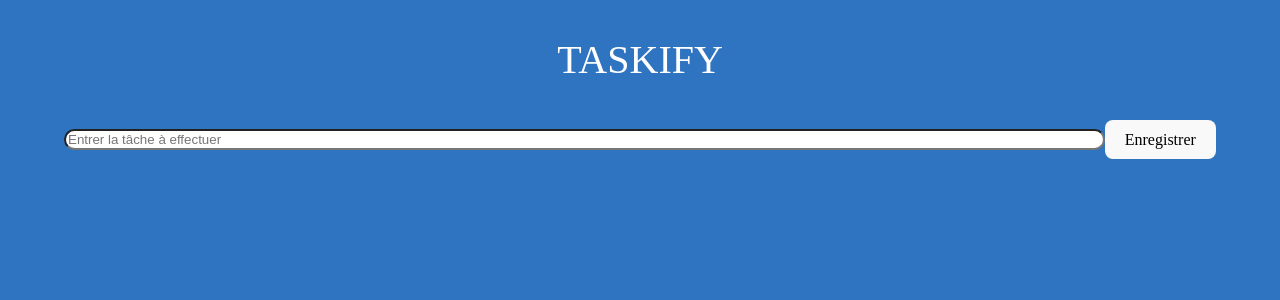
Repository: abdoulkarim20/react-ts-training
Page: /
These files come from the project's save history. The page is drawn as it stood at one moment and after the next save; the edit follows.
The browser window is 1280 px wide. The pictures show the whole page.
Some web fonts or font styles are not loaded; a fallback is used. The project was rebuilt for these pictures with package versions that can differ from the ones it lists, and the page was loaded fresh each time. Also part of the build but not shown: vite.config.ts.

Above is the page before, as saved 2024-01-23 00:05:03.

After the next save:
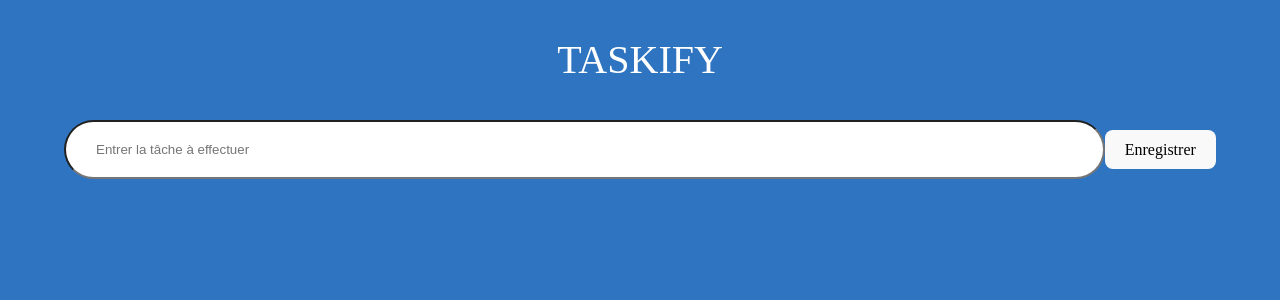
Saved 8 s later.
--- a/src/components/styles.css
+++ b/src/components/styles.css
@@ -7,5 +7,5 @@
 .input-task {
     width: 100%;
     border-radius: 50px;
-    padding: ;
+    padding: 20px 30px;
 }
